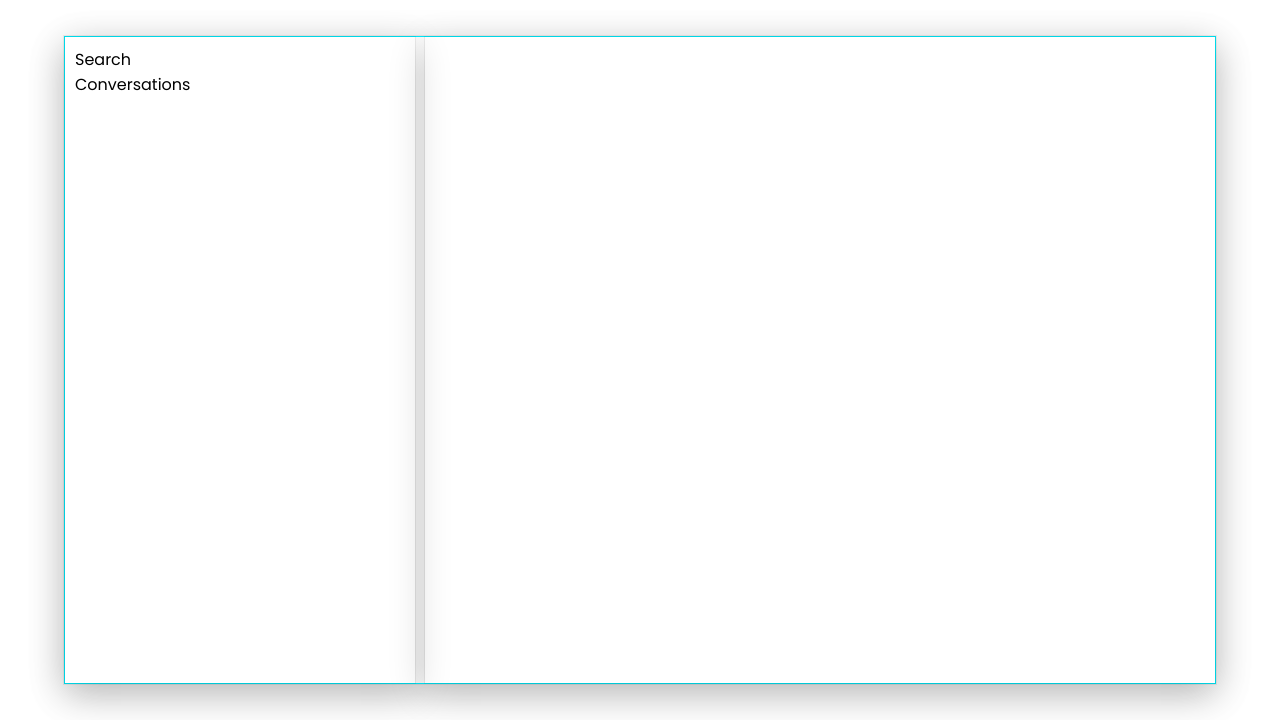
Repository: swastikjhacoder/mern-chat-frontend-only
Page: /
An editor plug-in stored every save of this project. The page is shown before and after a run of saves, followed by the edit.
The browser window is 1280 px wide. The pictures show the whole page.
The project was rebuilt for these pictures with package versions that can differ from the ones it lists, and the page was loaded fresh each time. Also part of the build but not shown: src/components/loginSignup/Login.jsx. Imported but missing from the stored project, and not drawn on this page: src/components/loginSignup/SignUp.

Above is the page before, as saved 2023-09-21 17:18:47.

### src/index.js
import React from "react";
import ReactDOM from "react-dom/client";
import "./index.css";
import App from "./App";
import { BrowserRouter } from "react-router-dom";
import { Provider } from "react-redux";
import { store } from "./redux/store";

const root = ReactDOM.createRoot(document.getElementById("root"));
root.render(
  <React.StrictMode>
    <Provider store={store}>
      <BrowserRouter>
        <App />
      </BrowserRouter>
    </Provider>
  </React.StrictMode>
);

### src/index.css
@import url('https://fonts.googleapis.com/css2?family=Poppins:ital,wght@0,100;0,200;0,300;0,400;0,500;0,600;0,700;0,800;0,900;1,400&display=swap');

:root {
  --border-color: #0ef;
  --box-shadow: rgba(0, 0, 0, 0.16) 0px 10px 36px 0px, rgba(0, 0, 0, 0.06) 0px 0px 0px 1px;
}

* {
  margin: 0;
  padding: 0;
  box-sizing: border-box;
  font-family: 'Poppins', sans-serif;
}

body {
  display: flex;
  flex-direction: column;
  justify-content: center;
  align-items: center;
}

.app-container {
  display: flex;
  width: 100vw;
  height: 100vh;
  flex-direction: column;
  justify-content: center;
  align-items: center;
}

.container {
  display: flex;
  flex-direction: row;
  gap: 10px;
  width: 90vw;
  height: 90vh;
  border: 1px solid var(--border-color);
  box-shadow: var(--box-shadow);
}

.left-sidebar-container {
  flex: 0.3;
  padding: 10px;
  box-shadow: var(--box-shadow);
}

.sb-header {
  display: flex;
  flex-direction: row;
  justify-content: space-between;
}

.right-sidebar-container {
  flex: 0.7;
  padding: 10px;
  box-shadow: var(--box-shadow);
}

### src/App.js
// import { Button } from "@mui/material";
// import React from "react";
// import { useSelector, useDispatch } from "react-redux";
// import { toggleDarkMode, addUser, removeUser } from './redux/liveChatSlice';

// function App() {
//   const dispatch = useDispatch();
//   const mode = useSelector((state) => state.liveChat.mode);
//   const userInfo = useSelector((state) => state.liveChat.userInfo);
//   const background = useSelector( ( state ) => state.liveChat.background );
//   console.log(mode);
//   console.log(userInfo);
//   console.log(background);
//   return (
//     <>
//       <Button onClick={() => dispatch(toggleDarkMode())}>Click Me</Button>
//     </>
//   );
// }

// export default App;

import React from "react";
import { useSelector } from "react-redux";
import "./index.css";
import { Routes, Route } from "react-router-dom";
import MainContainer from "./components/MainContainer";
import Login from "./components/loginSignup/Login";
import SignUp from "./components/loginSignup/SignUp";
import ChatContainer from "./components/chat/ChatContainer";

const App = () => {
  const background = useSelector((state) => state.liveChat.background);
  console.log(background);
  return (
    <>
      <div style={{ backgroundColor: background }} className="app-container">
        <Routes>
          <Route path="/" element={<MainContainer />}>
            <Route path="login" element={<Login />} />
            <Route path="signup" element={<SignUp />} />
            <Route path="chat" element={<ChatContainer />} />
          </Route>
        </Routes>
      </div>
    </>
  );
};

export default App;

### src/redux/store.js
import { configureStore } from '@reduxjs/toolkit';
import liveChatReducer from './liveChatSlice';

export const store = configureStore({
  reducer: {
    liveChat: liveChatReducer,
  },
});

### src/components/MainContainer.jsx
import React from "react";
import { Outlet } from "react-router-dom";
import { useSelector } from "react-redux";
import Login from "./loginSignup/Login";
import ChatContainer from "./chat/ChatContainer";

const MainContainer = () => {
  const user = useSelector((state) => state.liveChat.userInfo);
  console.log(user);
  return (
    <>
      {/* <div className="container">
        { user ? <ChatContainer/> : <Login /> }

      </div> */}
      <ChatContainer />
      <Outlet />
    </>
  );
};

export default MainContainer;

### src/components/chat/ChatContainer.jsx
import React from 'react';
import SideBar from './SideBar';

const ChatContainer = () => {
  return (
    <div className="container">
      <div className="left-sidebar-container">
        <SideBar/>
      </div>
      <div className="right-sidebar-container"></div>
    </div>
  );
}

export default ChatContainer

### src/redux/liveChatSlice.js
import { createSlice } from "@reduxjs/toolkit";

const initialState = {
  mode: JSON.parse(localStorage.getItem("darkMode")) || false,
  userInfo: null,
  background: JSON.parse(localStorage.getItem("backgroundColor")) || "#fff",
};

export const liveChatSlice = createSlice({
  name: "liveChat",
  initialState,
  reducers: {
    toggleDarkMode: (state) => {
      state.mode = !state.mode;
      if (!state.mode) {
        state.background = "#fff";
      } else {
        state.background = "#081b29";
      }
      localStorage.setItem("darkMode", JSON.stringify(state.mode));
      localStorage.setItem("backgroundColor", JSON.stringify(state.background));
    },
    addUser: (state, action) => {
      state.userInfo = action.payload;
    },
    removeUser: (state) => {
      state.userInfo = null;
    },
  },
});

export const { toggleDarkMode, addUser, removeUser } =
  liveChatSlice.actions;
export default liveChatSlice.reducer;

### src/components/chat/SideBar.jsx
import React from 'react'

const SideBar = () => {
  return (
    <>
          <div className="sb-header">
              <div></div>
              <div></div>
      </div>
      <div className="sb-search">Search</div>
      <div className="sb-conversations">Conversations</div>
    </>
  );
}

export default SideBar

After the next 7 saves:
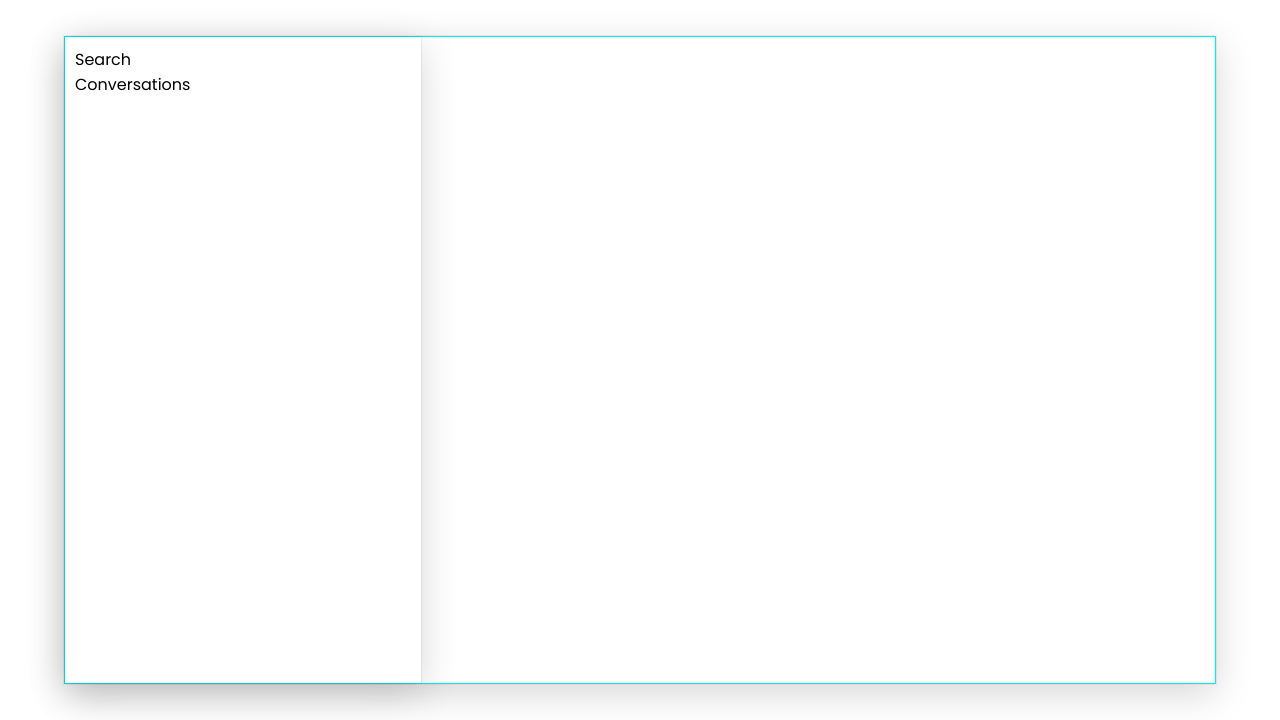
The 7 saves are shown as one change because they came seconds apart.
The last was saved 25 s later.
--- a/src/index.css
+++ b/src/index.css
@@ -50,6 +50,8 @@
   justify-content: space-between;
 }
 
+.sb-header >div
+
 .right-sidebar-container {
   flex: 0.7;
   padding: 10px;

After the 3 saves that followed:
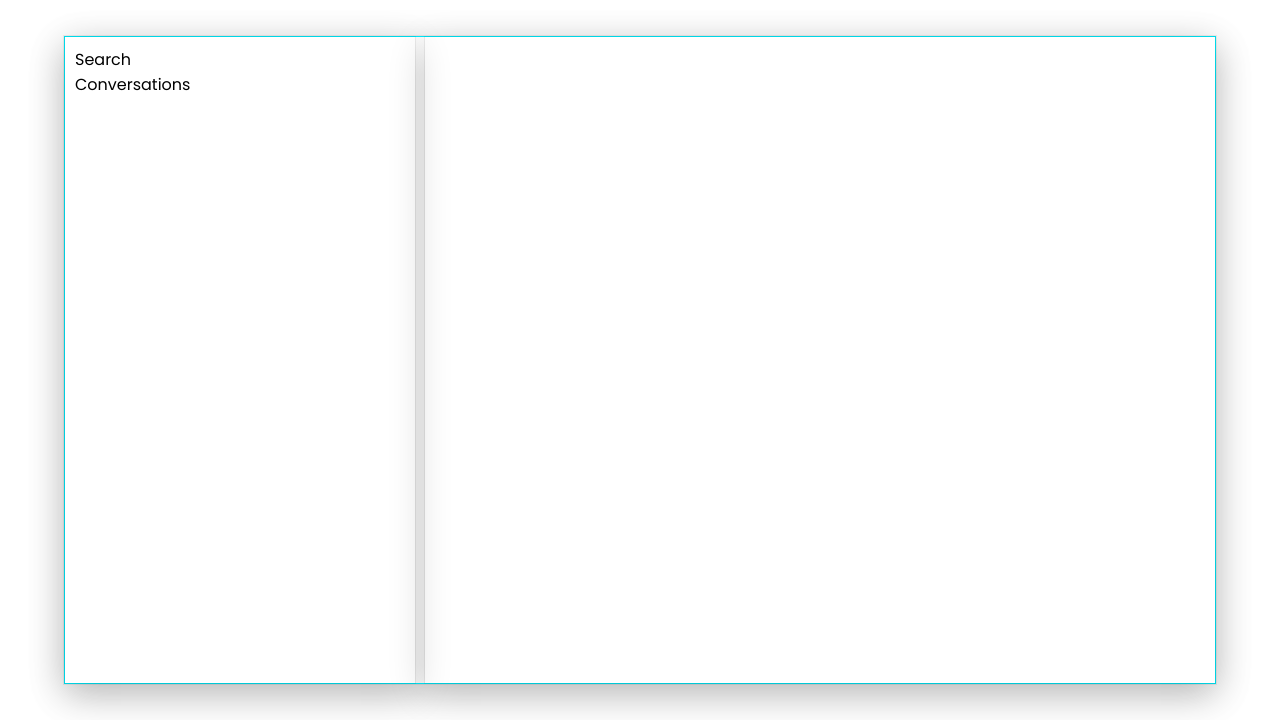
The 3 saves are shown as one change because they came seconds apart.
The last was saved 9 s later.
--- a/src/index.css
+++ b/src/index.css
@@ -50,7 +50,9 @@
   justify-content: space-between;
 }
 
-.sb-header >div
+.sb-header >div {
+  width: max-content;
+}
 
 .right-sidebar-container {
   flex: 0.7;
